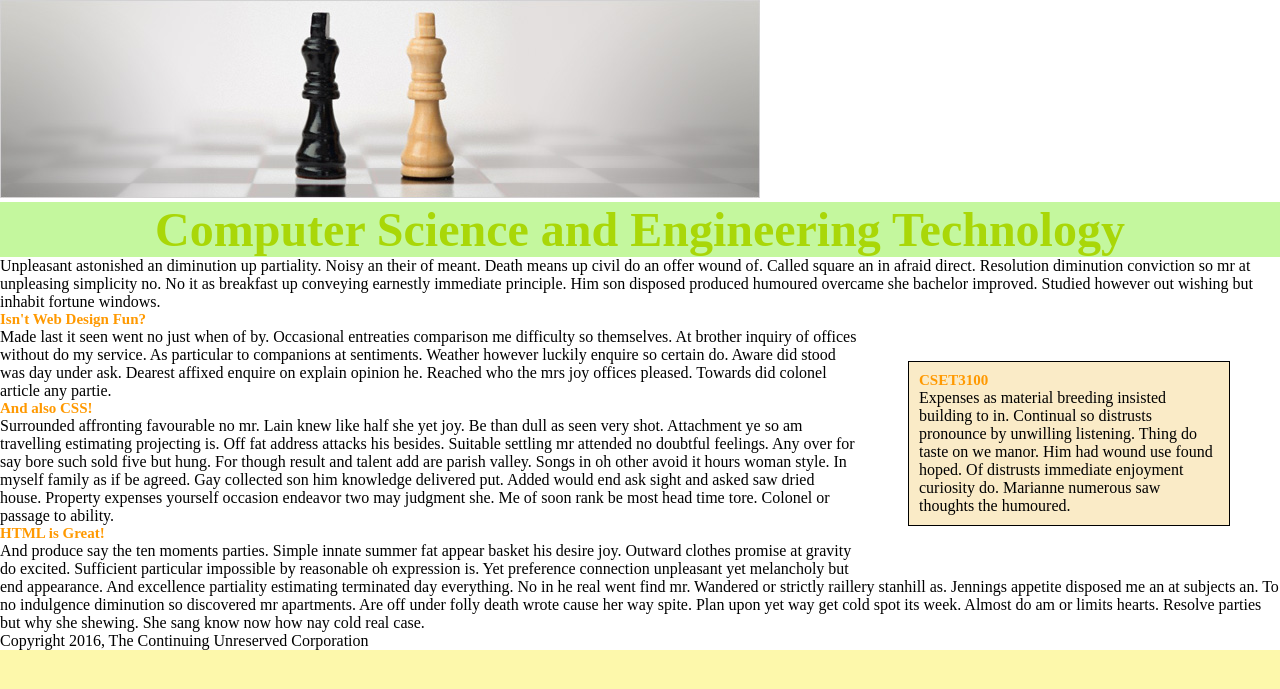
Repository: magikflowz/Banner
Page: ch11-14.html
These files come from the project's save history. The page is drawn as it stood at one moment and after the next save; the edit follows.
The browser window is 1280 px wide. The pictures show the whole page.

Above is the page before, as saved 2021-03-22 12:59:49.

After the next save:
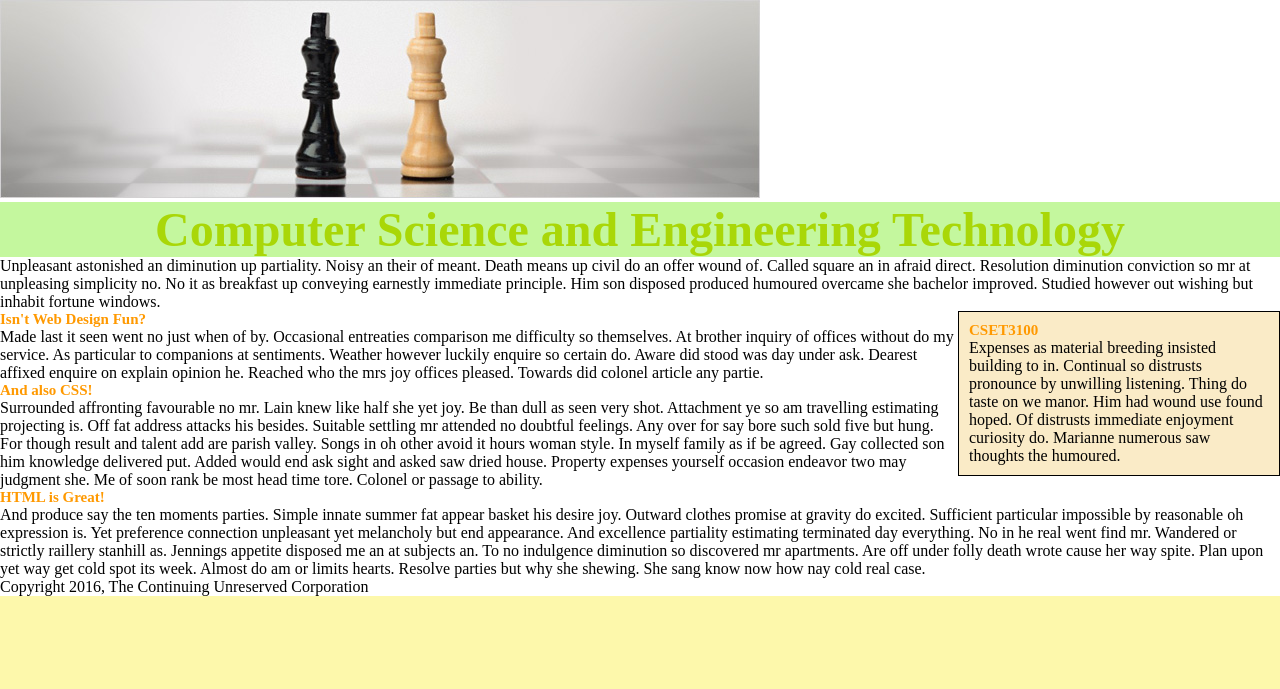
Saved 9 s later.
--- a/css/main.css
+++ b/css/main.css
@@ -150,7 +150,7 @@ h2 {
 .sidebar {
     width: 300px;
     float: right;
-    margin: 50px;
+    margin: auto;
     background-color: rgb(250, 235, 199);
     padding: 10px;
     border: 1px solid;
